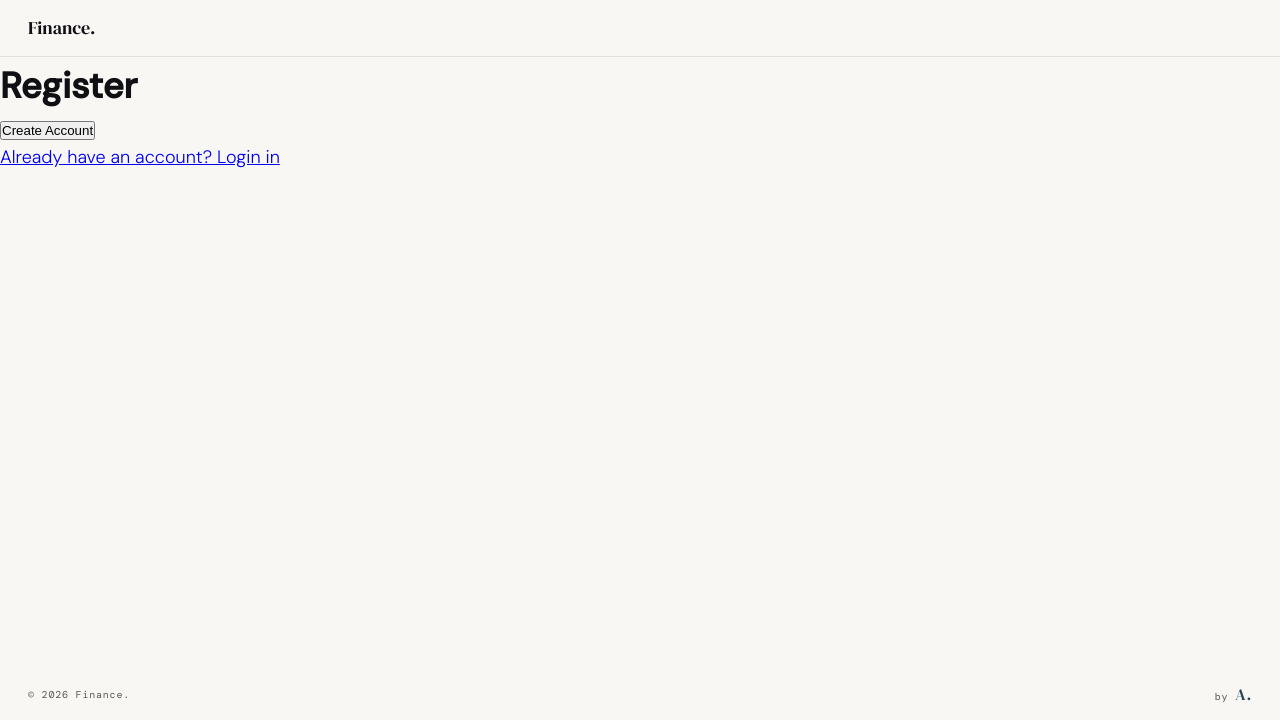
Repository: adtm0/Fined
Page: tracker/templates/tracker/register.html
An editor plug-in stored every save of this project. The page is shown before and after a run of saves, followed by the edit.
The browser window is 1280 px wide. The pictures show the whole page.
Some web fonts or font styles are not loaded; a fallback is used. The template is drawn by Django 4.2. The application's start-up code is not run. The template is opened directly, without the code that normally fills it, so the values that code supplies are empty.

Above is the page before, as saved 2026-05-01 21:43:18.

After the next 3 saves:
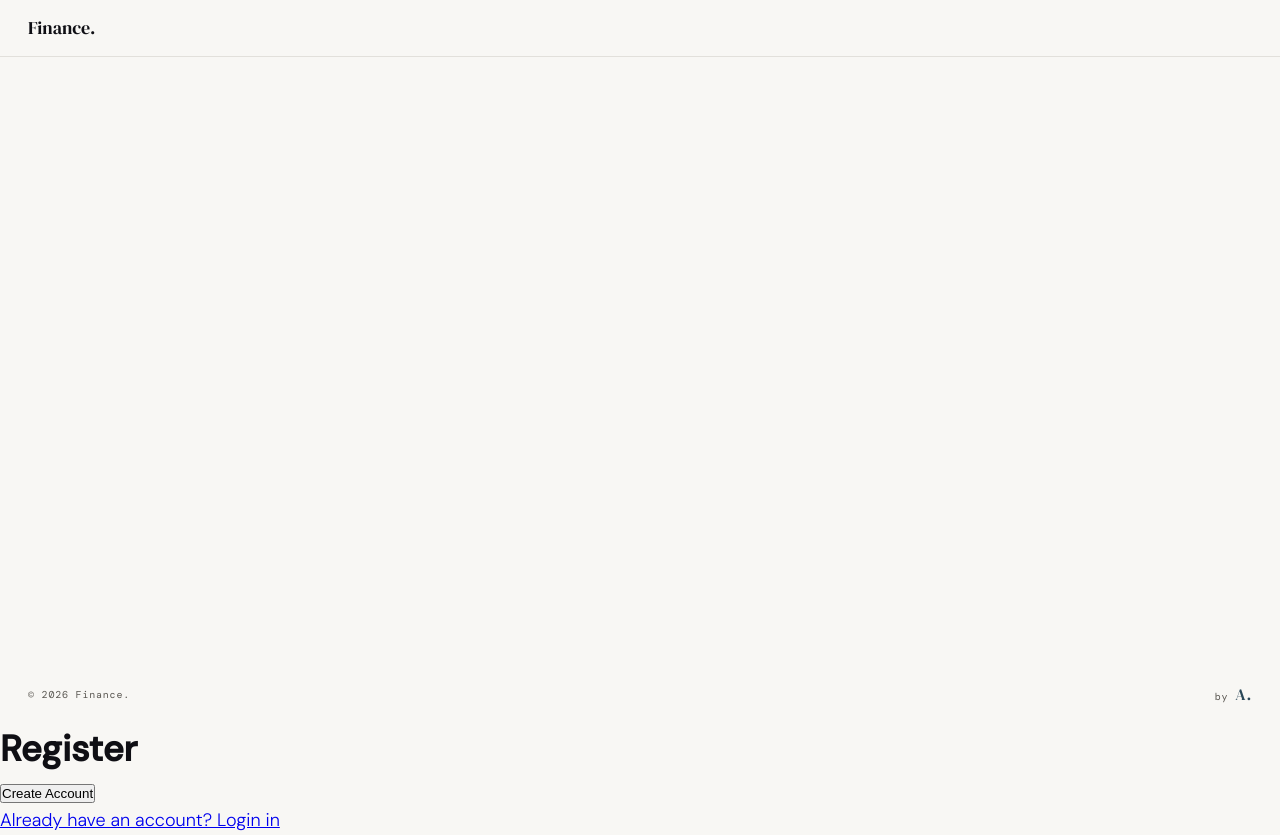
The 3 saves are shown as one change because they came seconds apart.
The last was saved 10 s later.
--- a/tracker/templates/tracker/register.html
+++ b/tracker/templates/tracker/register.html
@@ -1,7 +1,9 @@
 {% extends 'tracker/base.html' %}
 
 {% block content %}
-<div></div>
+<div class="auth-page">
+
+</div>
 <h1 class="mb-4">Register</h1>
 <form method="POST" class="w-50">
   {% csrf_token %}
